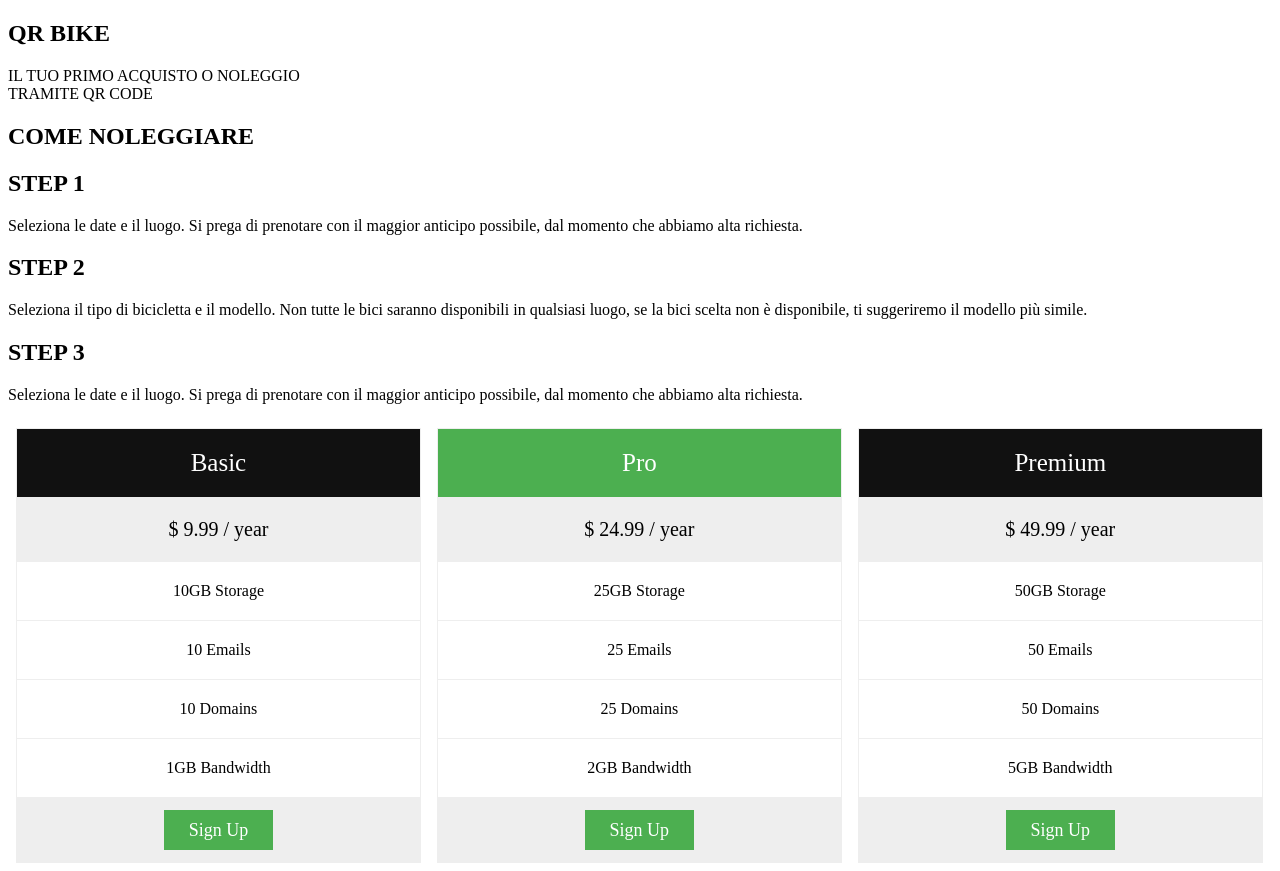
Repository: andrealepori/qrbike
Page: noleggio.html
An editor plug-in stored every save of this project. The page is shown before and after the next save, followed by the edit.
The browser window is 1280 px wide. The pictures show the whole page.

Above is the page before, as saved 2020-09-18 09:18:29.

After the next save:
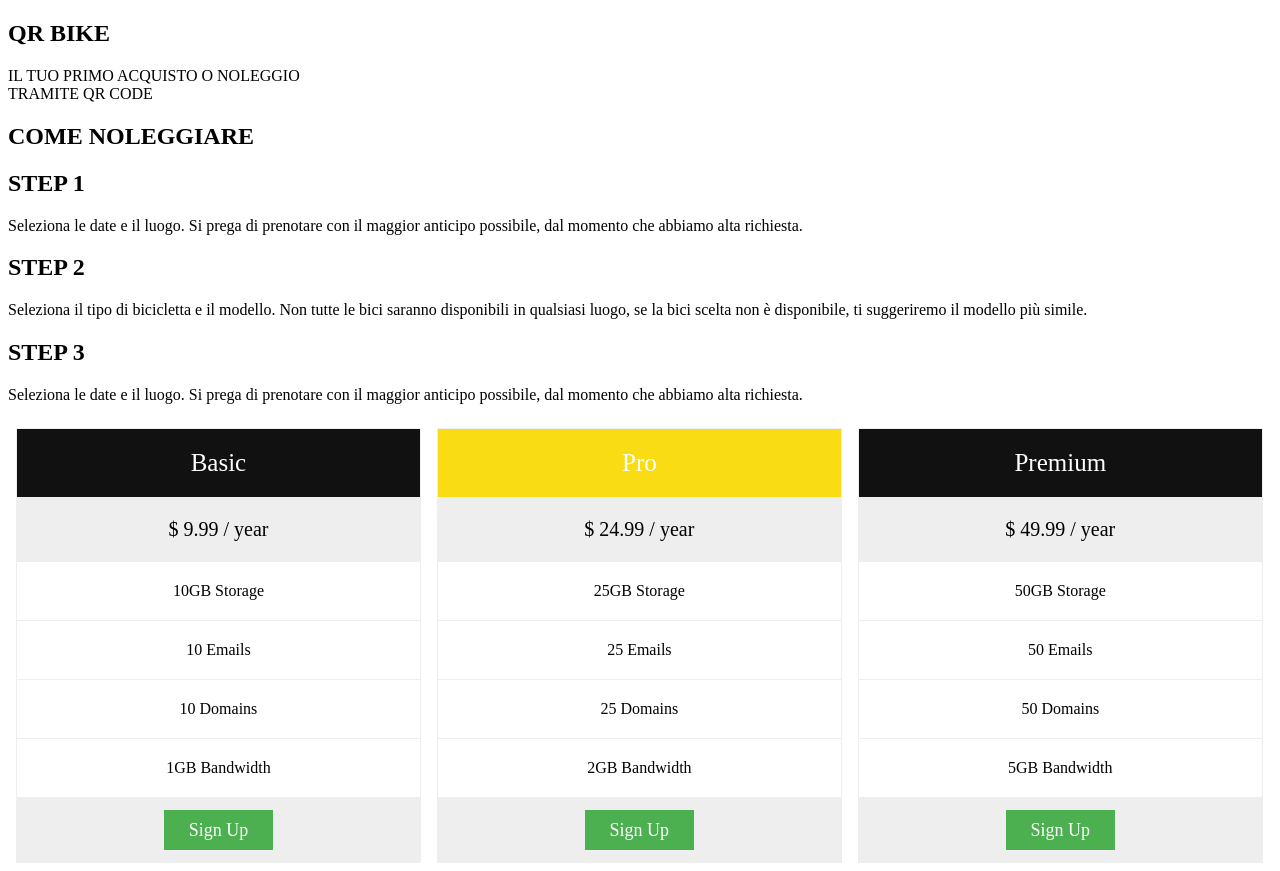
Saved 47 s later.
--- a/noleggio.html
+++ b/noleggio.html
@@ -98,7 +98,7 @@
 
     <div class="columns">
       <ul class="price">
-        <li class="header" style="background-color:#4CAF50">Pro</li>
+        <li class="header" style="background-color: #FADC15;">Pro</li>
         <li class="grey">$ 24.99 / year</li>
         <li>25GB Storage</li>
         <li>25 Emails</li>
